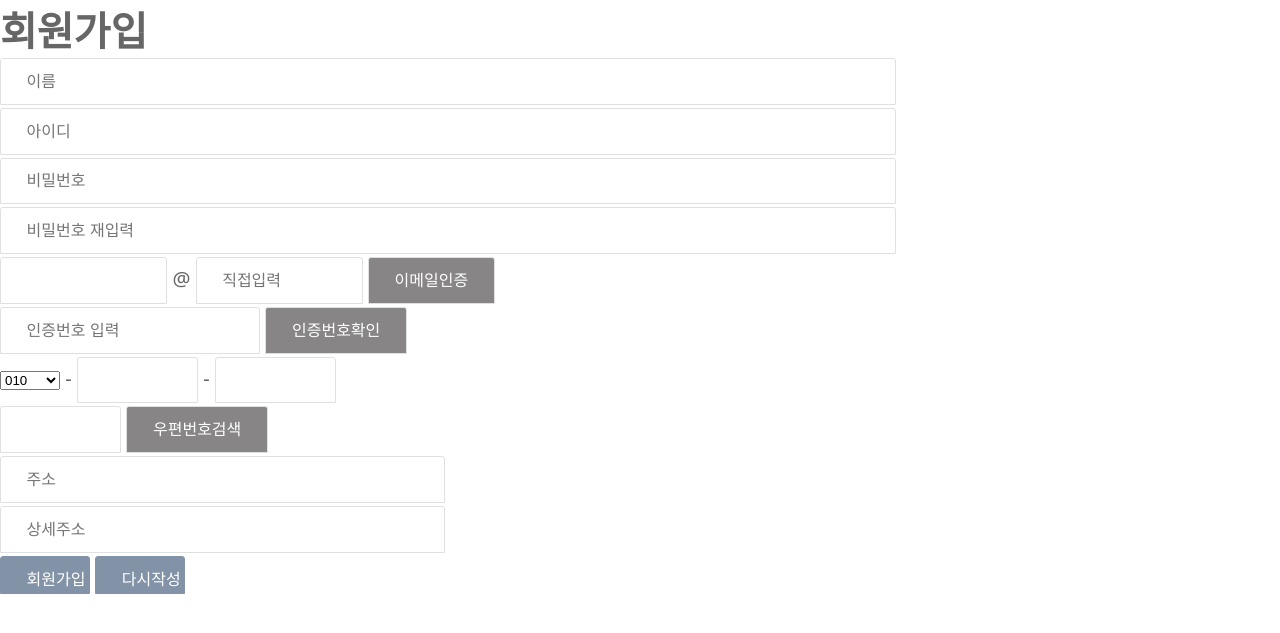
Repository: keepsus/gaebokchi
Page: http://localhost/uzuslime/member/memberWriteForm.jsp
An editor plug-in stored every save of this project. The page is shown before and after the next save, followed by the edit.
The browser window is 1280 px wide. The pictures show the whole page.
Some web fonts or font styles are not loaded; a fallback is used. The page is served by Tomcat 9. Nobody is signed in. The application's start-up code is not run.

Above is the page before, as saved 2021-02-12 11:02:54.

After the next save:
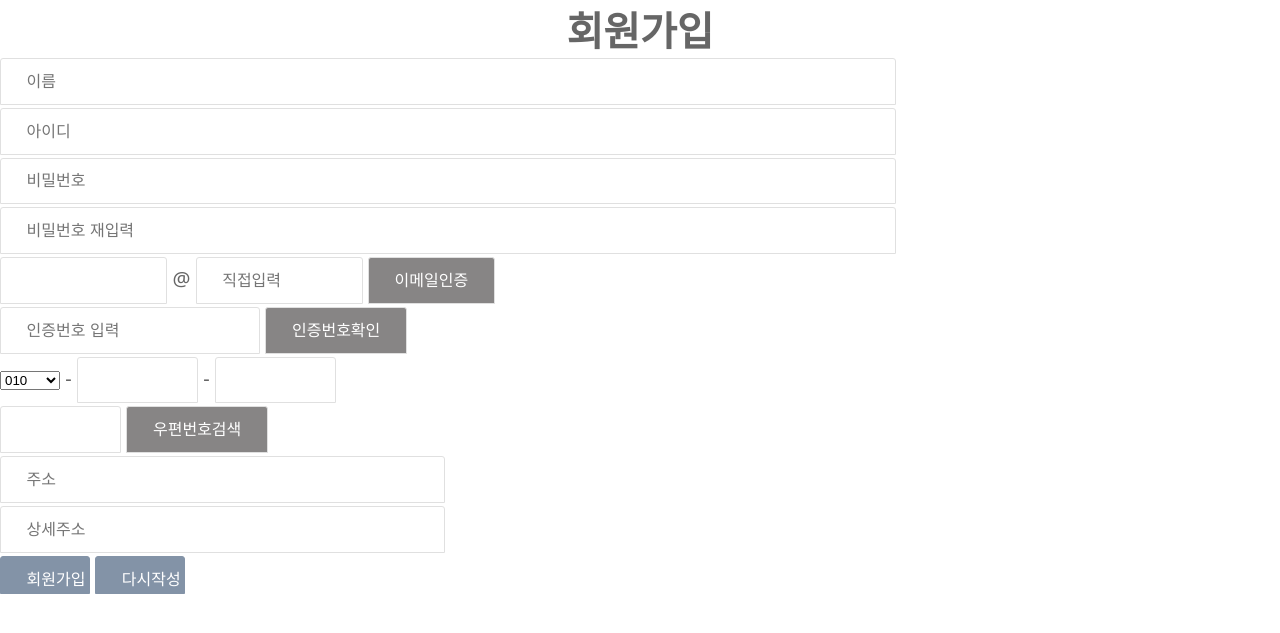
Saved 59 s later.
--- a/uzuslime/src/main/webapp/member/memberWriteForm.jsp
+++ b/uzuslime/src/main/webapp/member/memberWriteForm.jsp
@@ -8,7 +8,7 @@
 
 <form name="memberWriteForm" method="post" action="/slime/member/write">
 	<div>
-	    <h1 class="modal-header">회원가입</h1>
+	    <h1 class="modal-header" style="text-align:center;">회원가입</h1>
 	</div>
 
 
